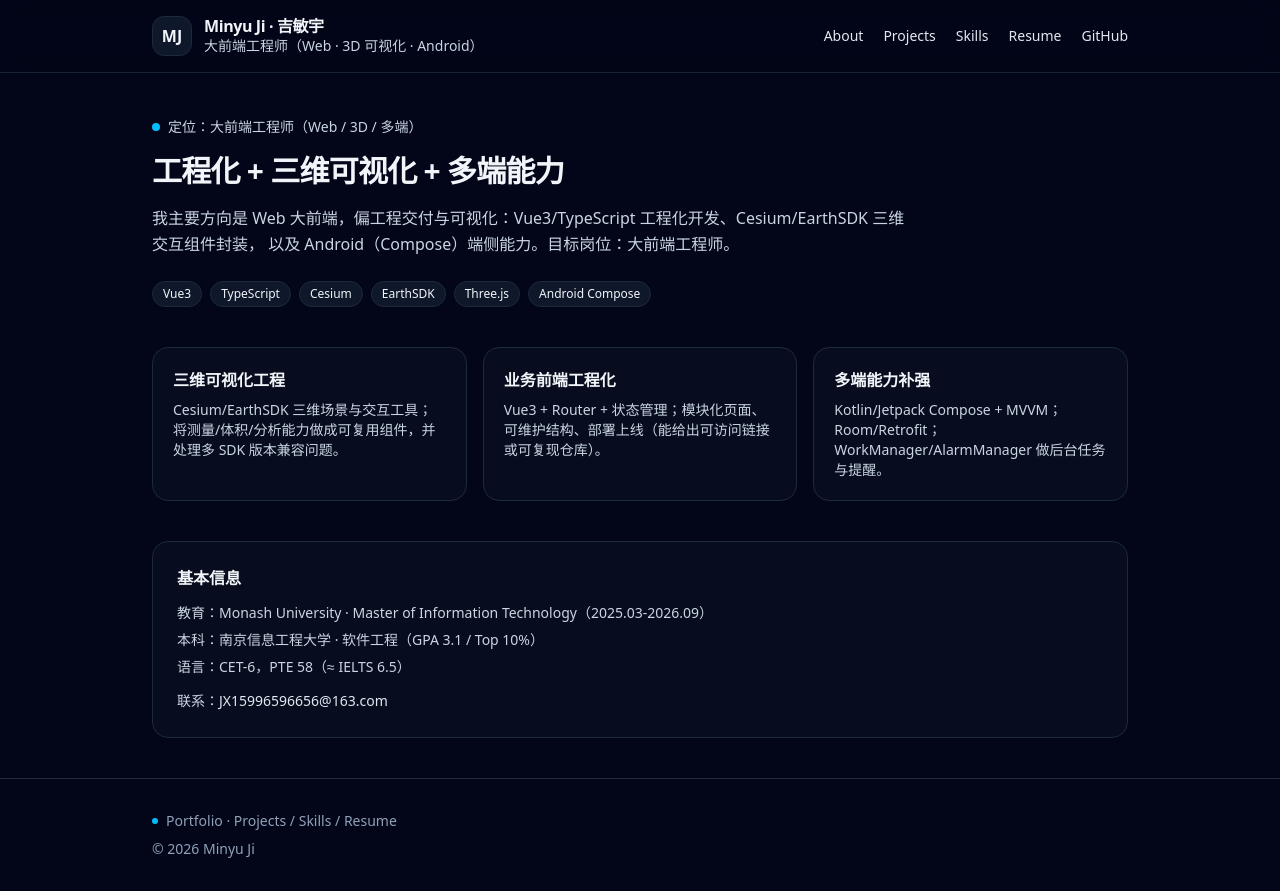
Repository: Andrew-JX/mj-portfolio
Page: /
These files come from the project's save history. The page is drawn as it stood at one moment and after the next save; the edit follows.
The browser window is 1280 px wide. The pictures show the whole page.
The project was rebuilt for these pictures with package versions that can differ from the ones it lists, and the page was loaded fresh each time. Also part of the build but not shown: vite.config.ts, src/data/projects.ts, src/pages/ProjectsPage.vue, src/pages/ProjectDetailPage.vue, src/pages/SkillsPage.vue, src/pages/ResumePage.vue.

Above is the page before, as saved 2026-01-06 21:59:20.

After the next save:
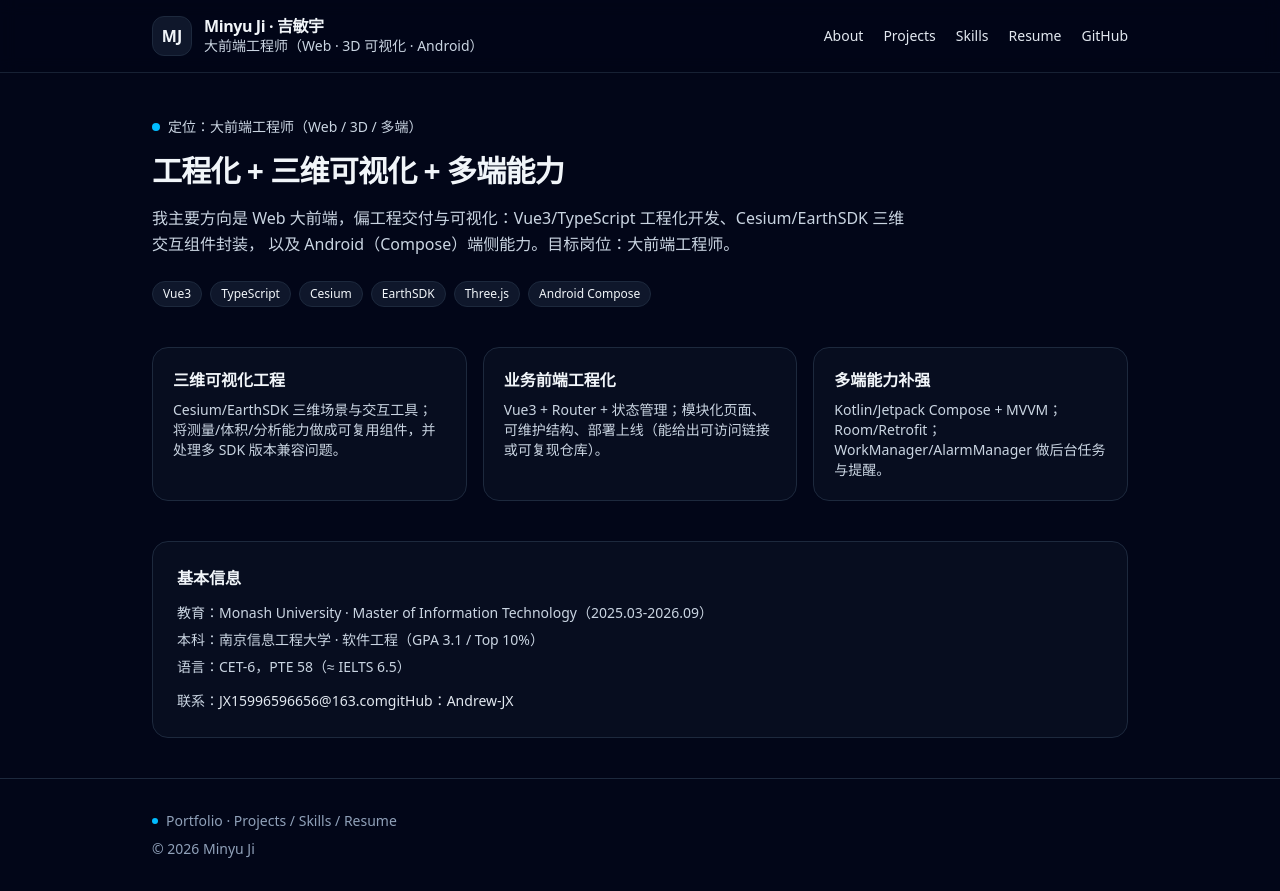
Saved 2 min 30 s later.
--- a/src/pages/AboutPage.vue
+++ b/src/pages/AboutPage.vue
@@ -56,6 +56,8 @@
         <div>语言：CET-6，PTE 58（≈ IELTS 6.5）</div>
         <div class="pt-2">
           联系：<span class="text-slate-200">JX15996596656@163.com</span>
+          <a class="text-slate-300 hover:text-white" href="https://github.com/Andrew-JX/" target="_blank"
+            rel="noreferrer">gitHub：Andrew-JX</a>
         </div>
       </div>
     </section>
